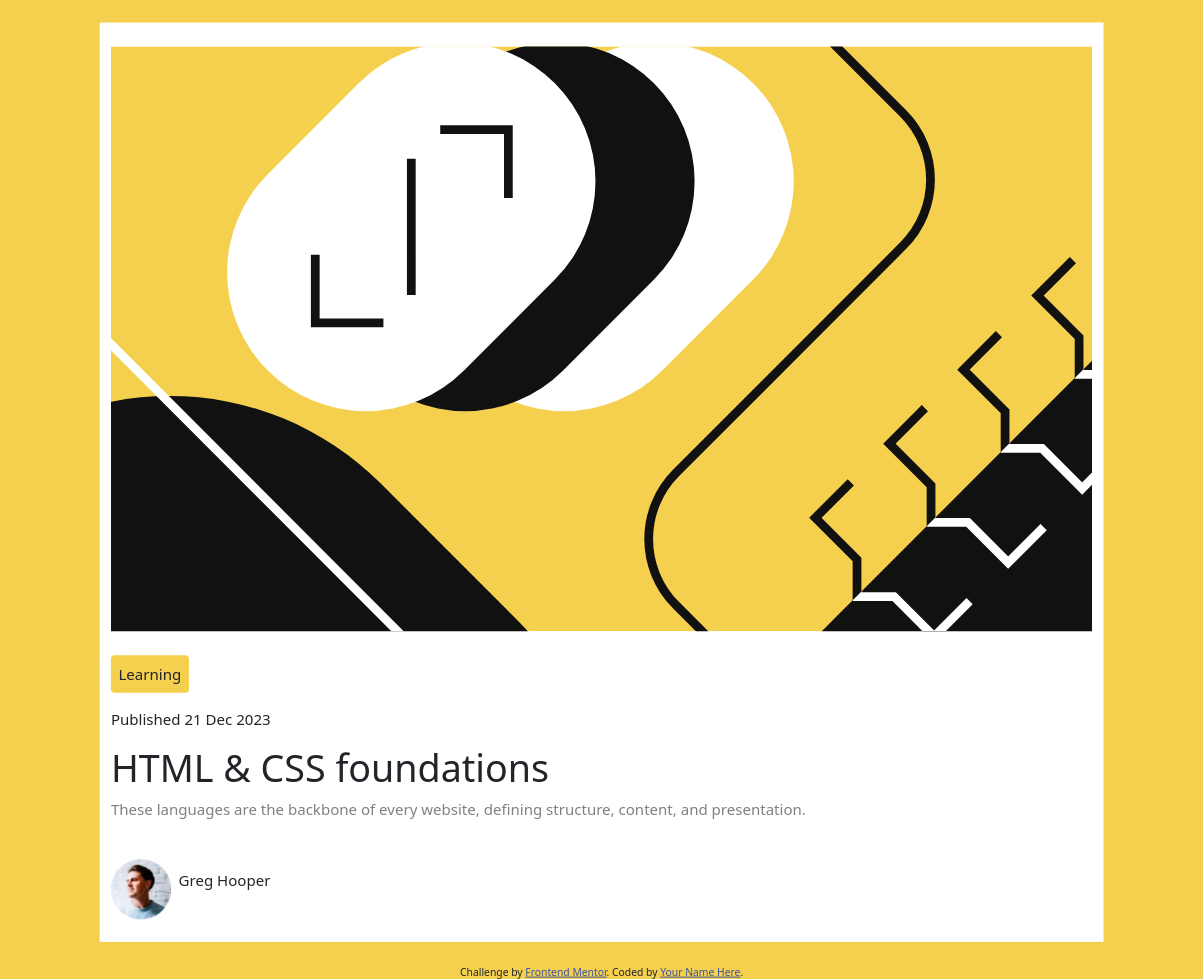
Repository: blordeus/blog-preview-card
Page: index.html
The author's editor kept a copy of each file at every save. The page is drawn from the files as they stood at one save, then again after the next save.
The browser window is 1280 px wide. The pictures show the whole page, at 94% of full size.
The style sheet was rebuilt from its Sass, Less or Tailwind sources for each picture, by a compiler version that may differ from the author's.

Above is the page before, as saved 2024-02-10 09:23:29.

After the next save:
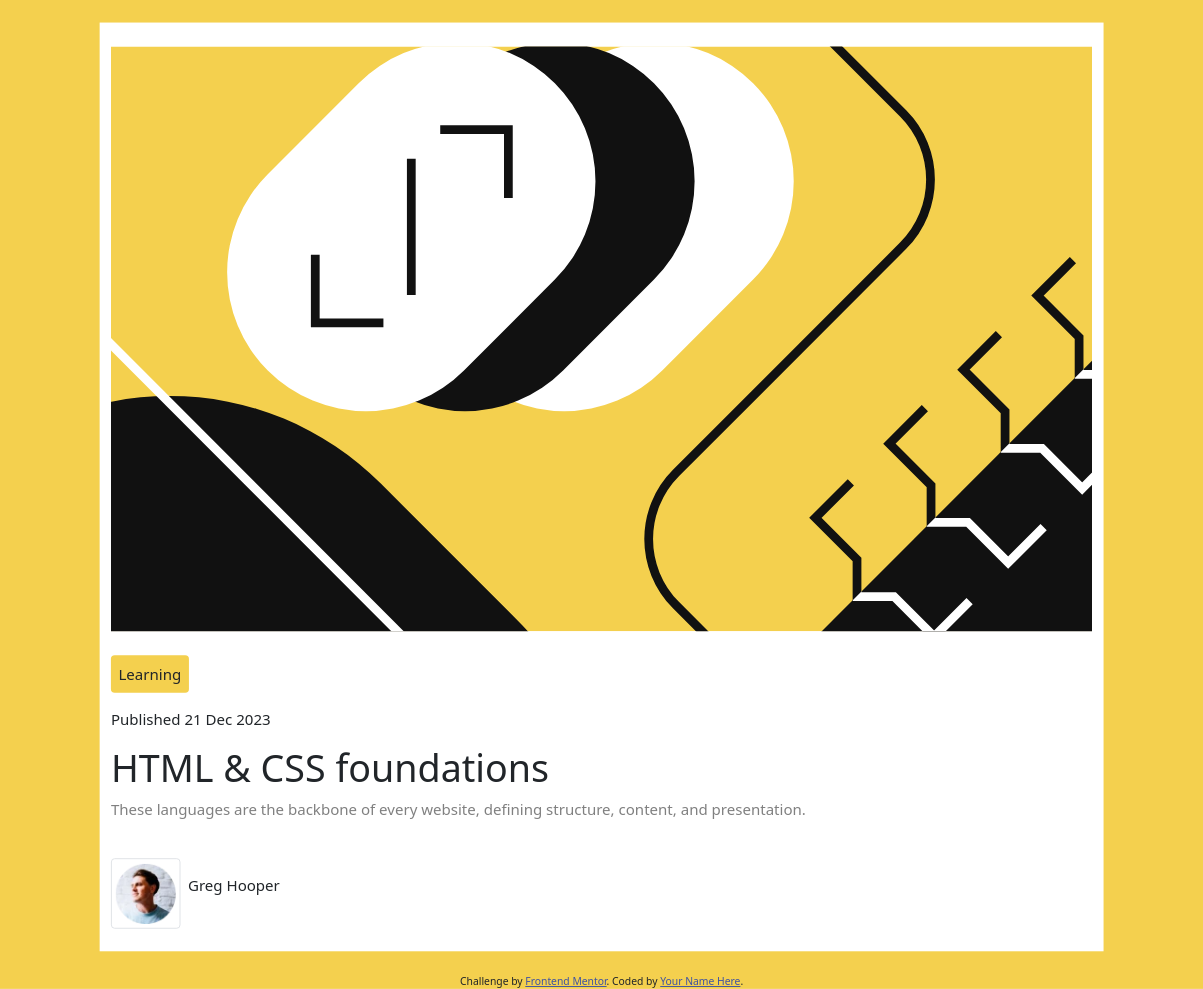
Saved 48 s later.
--- a/index.html
+++ b/index.html
@@ -24,7 +24,7 @@
     <p class="grey-text">These languages are the backbone of every website, defining structure, content, and presentation.</p>
 
     <div class="d-flex gap-2 pt-4 align-items-center">
-      <img class="" src="assets\images\image-avatar.webp" alt="author image">
+      <img class="img-thumbnail" src="assets\images\image-avatar.webp" alt="author image">
       <p class="">Greg Hooper</p>
     </div>
 

After the save that followed:
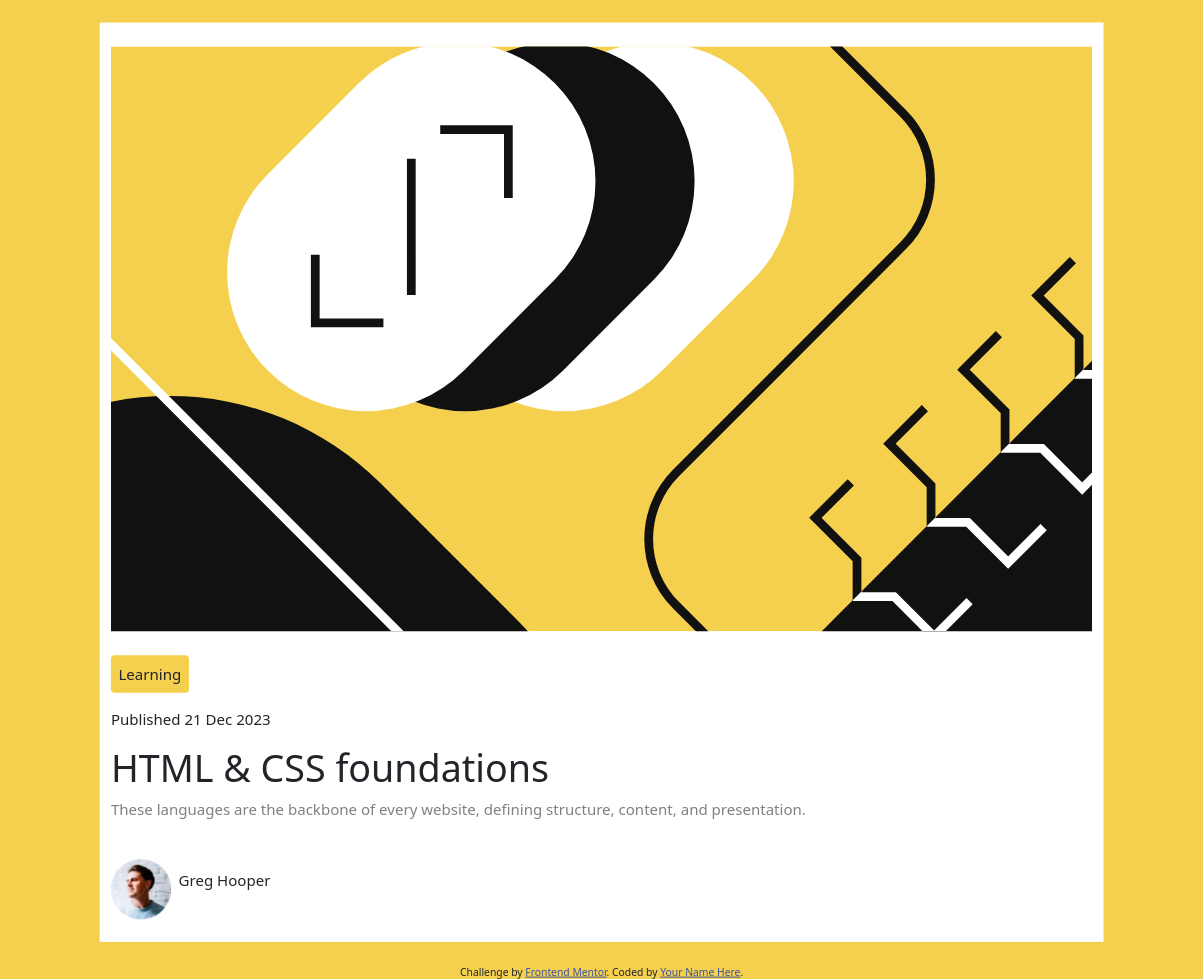
Saved 7 s later.
--- a/index.html
+++ b/index.html
@@ -24,7 +24,7 @@
     <p class="grey-text">These languages are the backbone of every website, defining structure, content, and presentation.</p>
 
     <div class="d-flex gap-2 pt-4 align-items-center">
-      <img class="img-thumbnail" src="assets\images\image-avatar.webp" alt="author image">
+      <img class="img-fluid" src="assets\images\image-avatar.webp" alt="author image">
       <p class="">Greg Hooper</p>
     </div>
 
